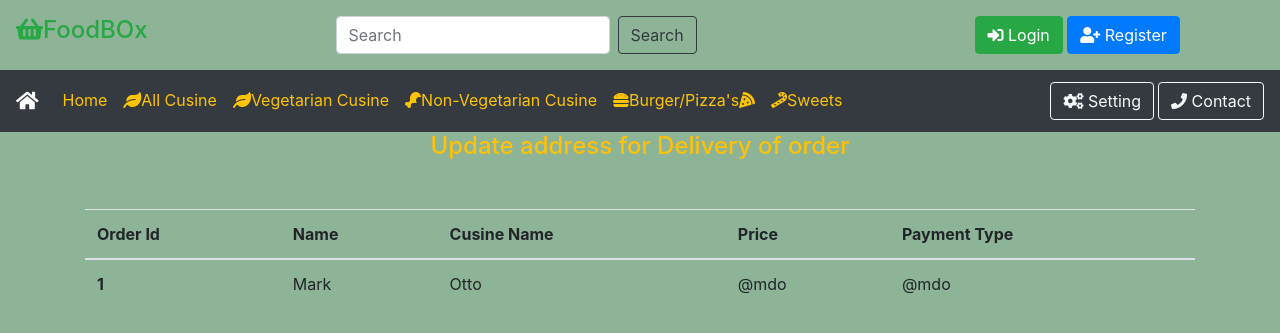
Repository: debjaniprofessional32/Capstone-Final-FoodBox-Delivery-Project
Page: http://localhost/OnlinFoodBOX/order.jsp
These files come from the project's save history. The page is drawn as it stood at one moment and after the next save; the edit follows.
The browser window is 1280 px wide. The pictures show the whole page.
Some web libraries are served in a nearby version. The page is served by Tomcat 9.

Above is the page before, as saved 2022-12-23 12:43:21.

After the next save:
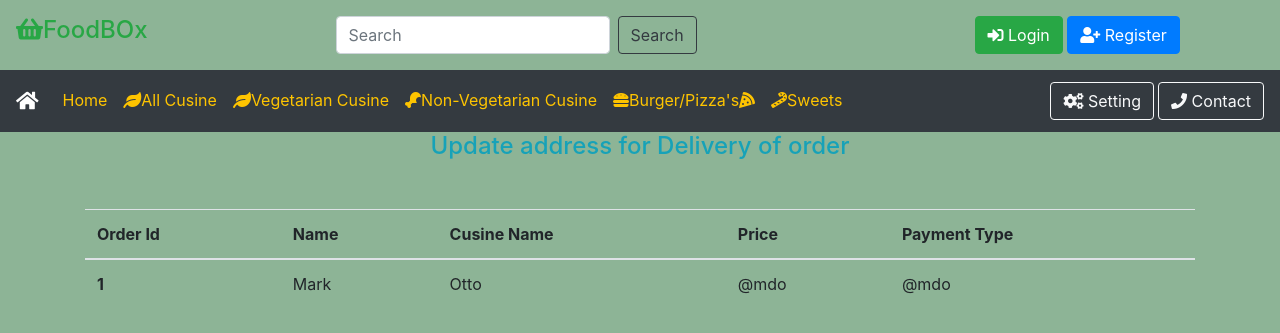
Saved 16 s later.
--- a/OnlinFoodBOX/src/main/webapp/order.jsp
+++ b/OnlinFoodBOX/src/main/webapp/order.jsp
@@ -11,7 +11,7 @@
 <body style="background-color:#8DB496 ">
 <%@include file="all_Component/navbar.jsp"%>
 <div class="container">
-<h4 class="text-center text-warning">Update address for Delivery of order</h4>
+<h4 class="text-center text-info">Update address for Delivery of order</h4>
 <table class="table table-hover mt-5">
   <thead>
     <tr>
